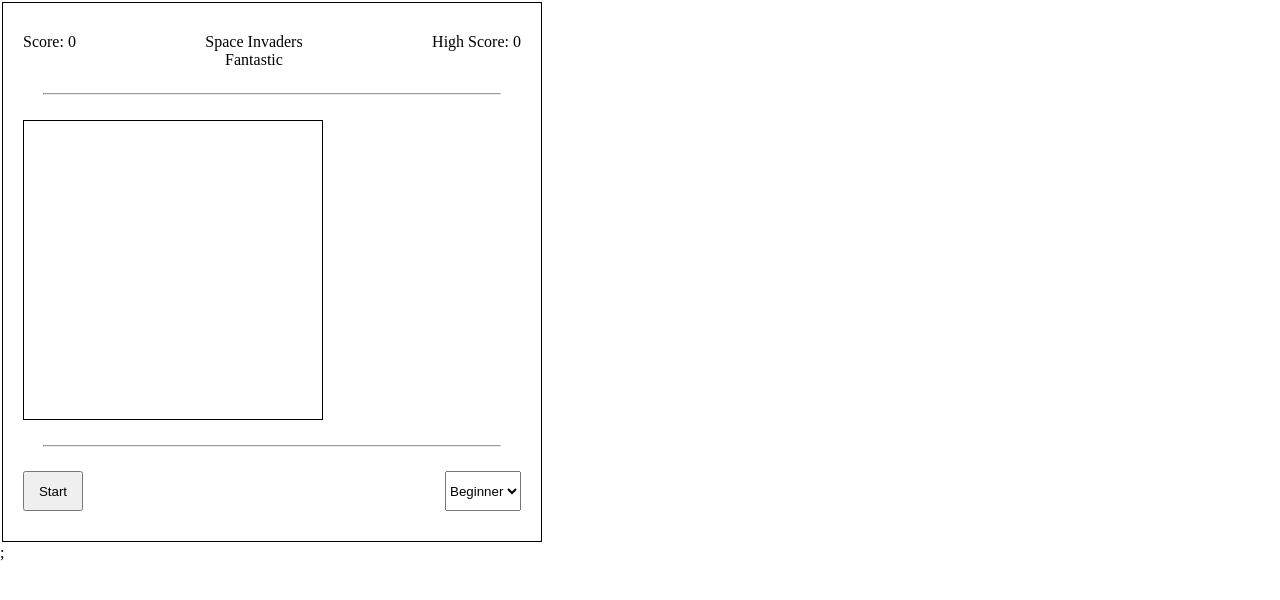
Repository: baziz22/Vanilla_JS_Projects
Page: space invaders/index.html
The author's editor kept a copy of each file at every save. The page is drawn from the files as they stood at one save, then again after the next save.
The browser window is 1280 px wide. The pictures show the whole page.

Above is the page before, as saved 2022-02-20 01:11:09.
Console error: ReferenceError: square is not defined

After the next save:
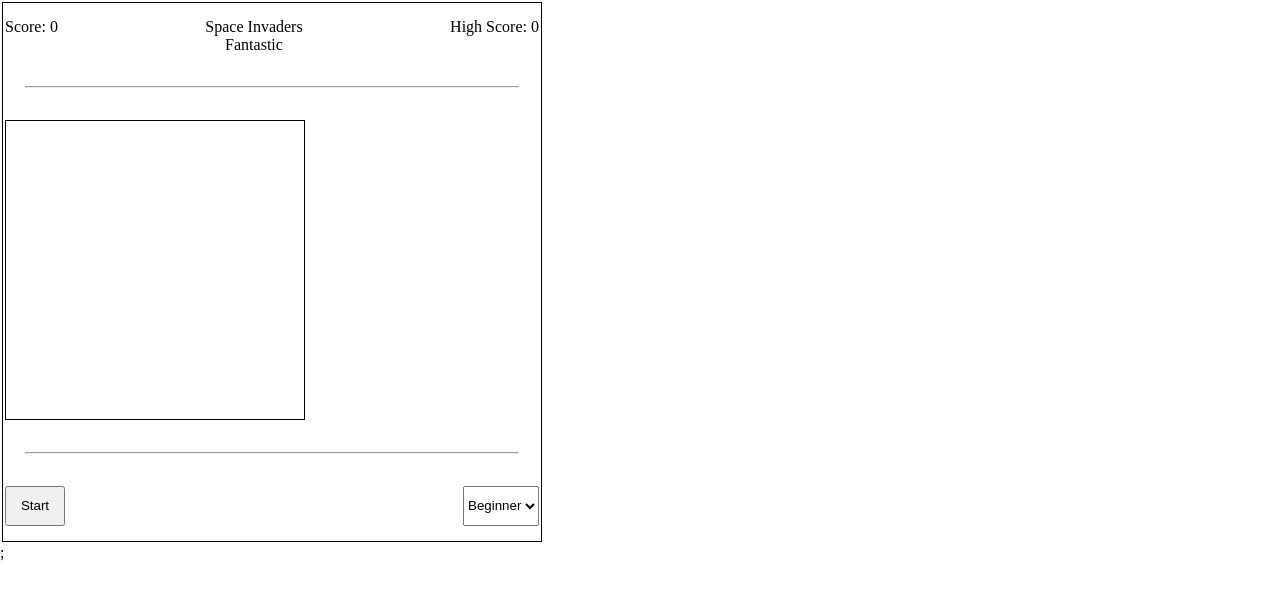
Saved 22 s later.
--- a/space invaders/style.css
+++ b/space invaders/style.css
@@ -6,7 +6,7 @@
 #scene {
   max-width: 75vh;
   min-height: 75vh;
-  padding: 20px;
+  padding: 2px;
   margin: 2px;
   border: 1px solid black;
   display: flex;
